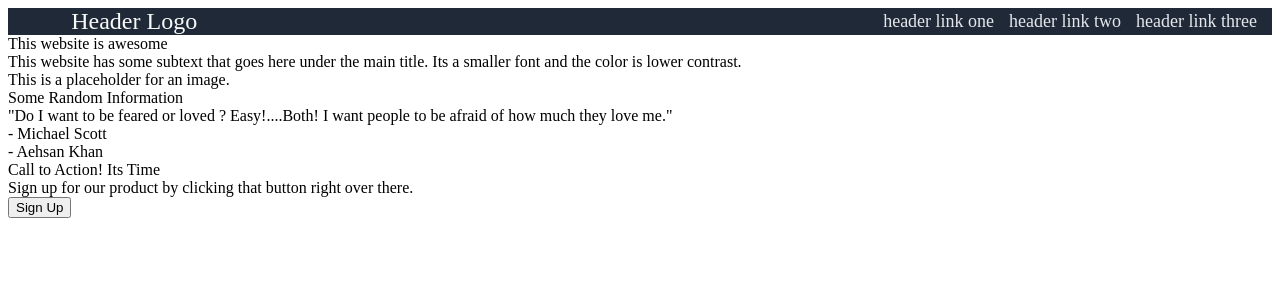
Repository: Aehsan4004/odinlandpage
Page: index.html
The author's editor kept a copy of each file at every save. The page is drawn from the files as they stood at one save, then again after the next save.
The browser window is 1280 px wide. The pictures show the whole page.

Above is the page before, as saved 2025-02-10 09:24:38.

After the next save:
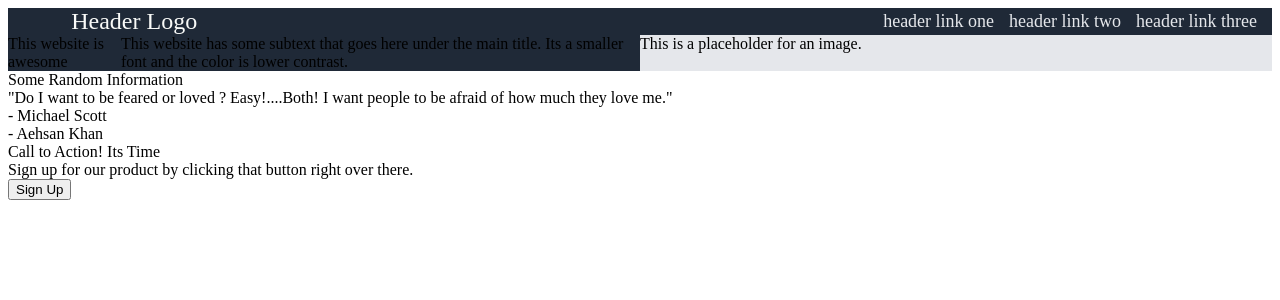
Saved 19 min 54 s later.
--- a/styles.css
+++ b/styles.css
@@ -34,3 +34,18 @@ ul {
     display: flex;  /* Makes list items appear in a row */
     gap: 15px;  /* Adds spacing between items */
 }
+
+.two {
+    display: flex;
+    background-color: #1f2937;
+    justify-content: center;
+}
+.left-box {
+    display: flex;
+    flex: 1 1 40%;
+}
+.right-box {
+    display: flex;
+    flex: 1 1 40%;
+    background-color: #e5e7eb;
+}
